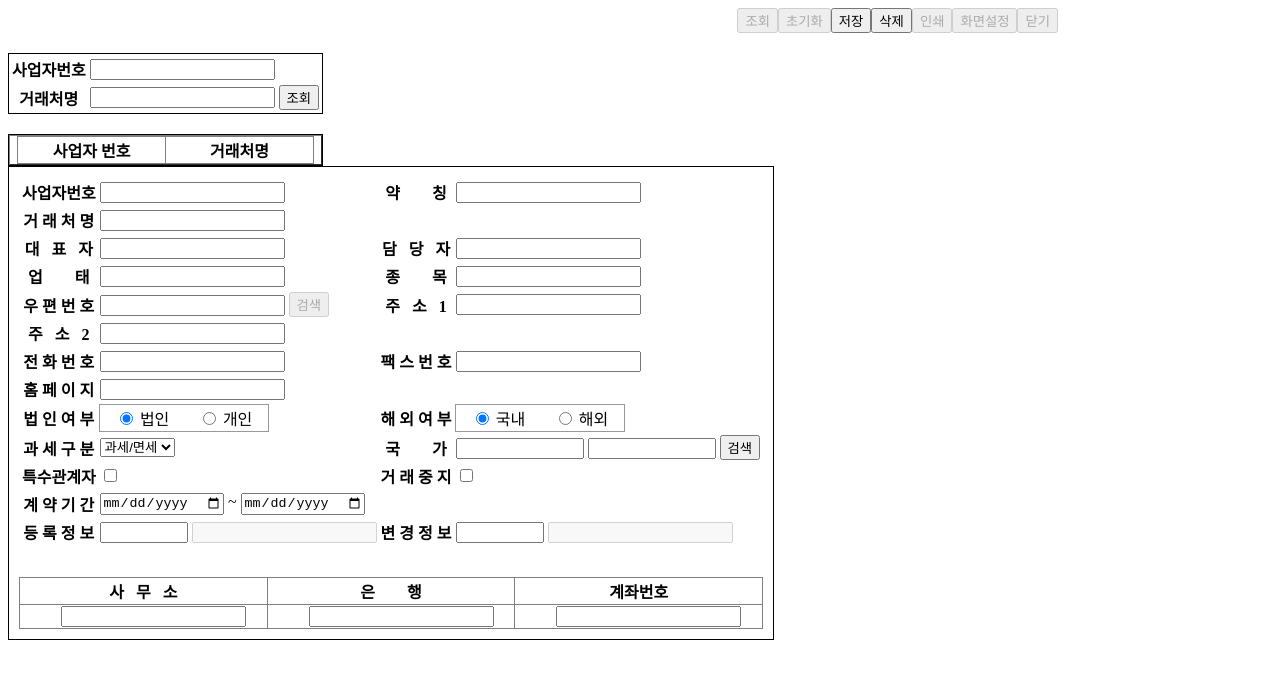
Repository: Chocobe/-practice-FrontSide-Tip
Page: http://localhost/wishTestProject/views/accountManager/accountManagerView.jsp
These files come from the project's save history. The page is drawn as it stood at one moment and after a run of saves; the edit follows.
The browser window is 1280 px wide. The pictures show the whole page.
The page is served by Tomcat 9. Nobody is signed in. The application's start-up code is not run.

Above is the page before, as saved 2020-02-27 03:49:17.

After the next 2 saves:
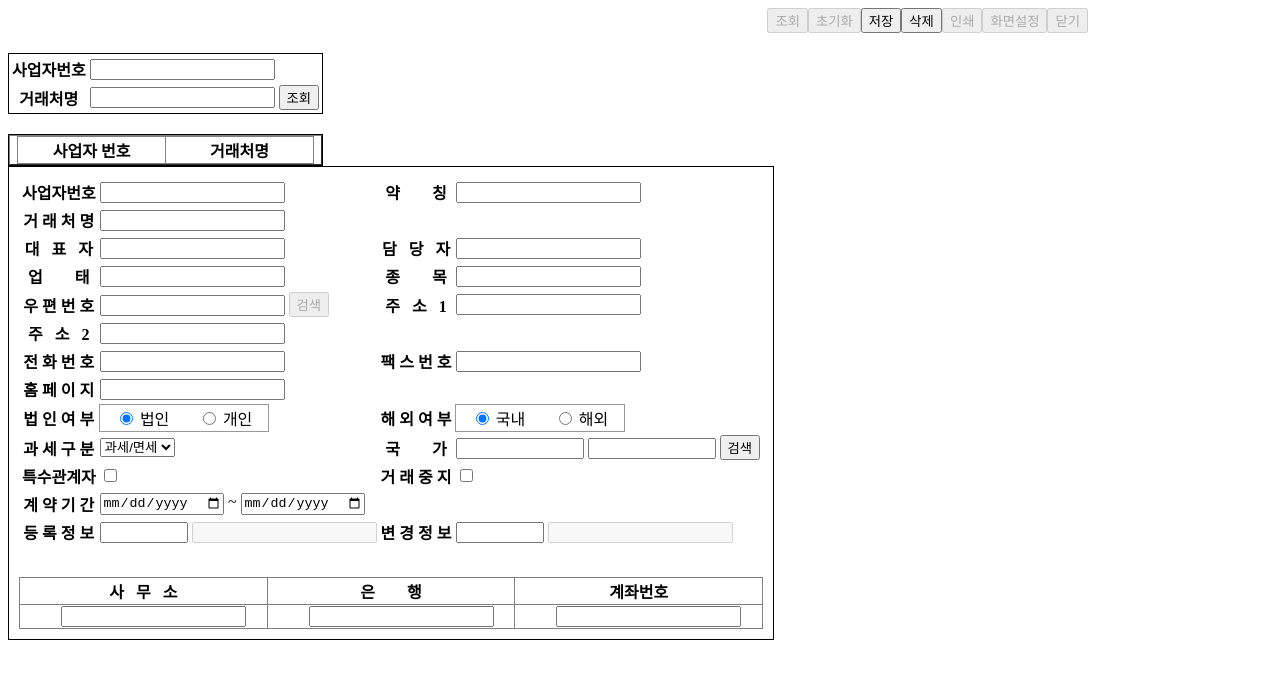
The 2 saves are shown as one change because they came seconds apart.
The last was saved 9 s later.
--- a/wishTest/wishTestProject/WebContent/css/accountManager/accountManagerView.css
+++ b/wishTest/wishTestProject/WebContent/css/accountManager/accountManagerView.css
@@ -2,7 +2,7 @@
 
 /* .wrap */
     .wrap {
-        width: 1050px;
+        width: 1080px;
 
         display: flex;
         flex-flow: row wrap;
